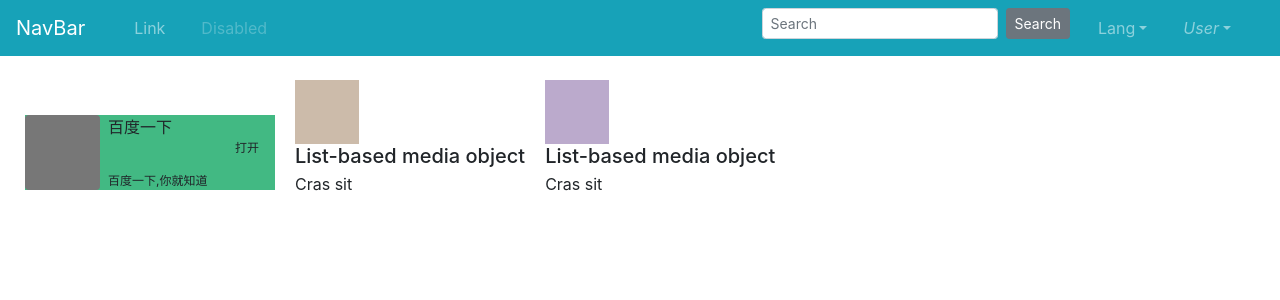
Repository: Funnyrz/vue-nav
Page: /
An editor plug-in stored every save of this project. The page is shown before and after the next save, followed by the edit.
The browser window is 1280 px wide. The pictures show the whole page.
The project was rebuilt for these pictures with package versions that can differ from the ones it lists, and the page was loaded fresh each time.

Above is the page before, as saved 2020-08-26 12:23:10.

After the next save:
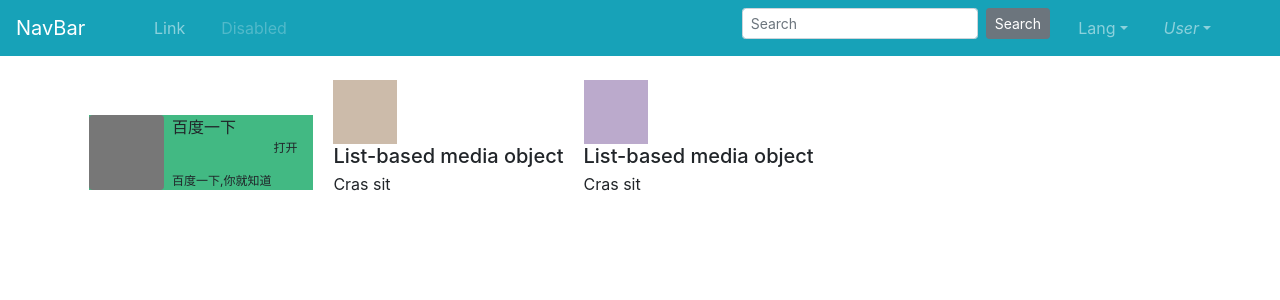
Saved 15 s later.
--- a/src/components/HelloWorld.vue
+++ b/src/components/HelloWorld.vue
@@ -116,7 +116,9 @@ li {
 a {
   color: #42b983;
 }
-.container-fluid
+.container-fluid{
+  width: 90%;
+}
 .nav-li{
   width: 20%;
   background: #42b983;
